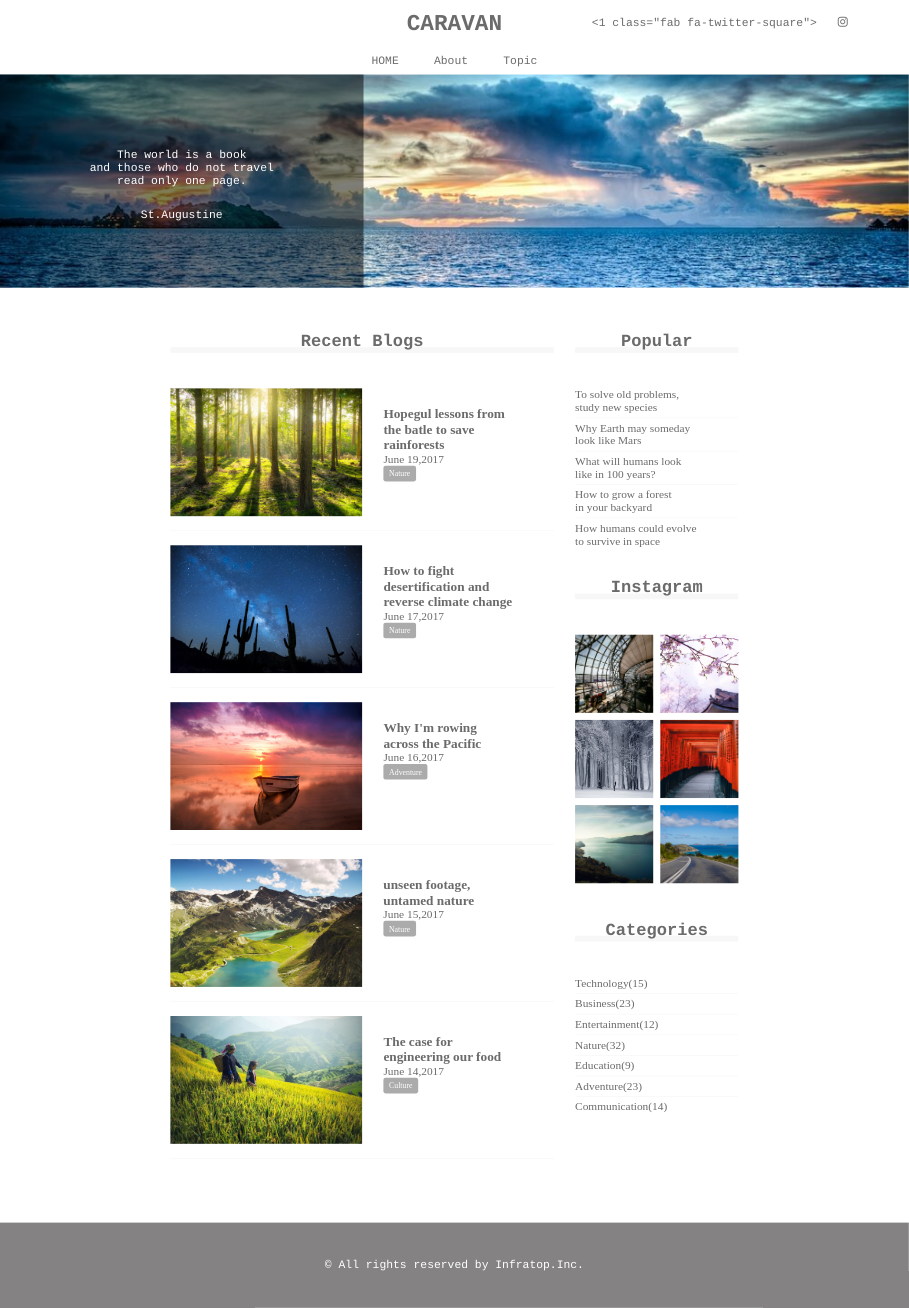
Repository: katayama-Web/html-practice
Page: caravan/index.html
The author's editor kept a record of every edit. The page is drawn from the files as they stood at one moment, then again after the next edit.
The browser window is 1280 px wide. The pictures show the whole page, at 71% of full size.
Some icons come from a web library that is not loaded, so they are not drawn. Some web libraries are served in a nearby version.

Above is the page before.

After the next edit:
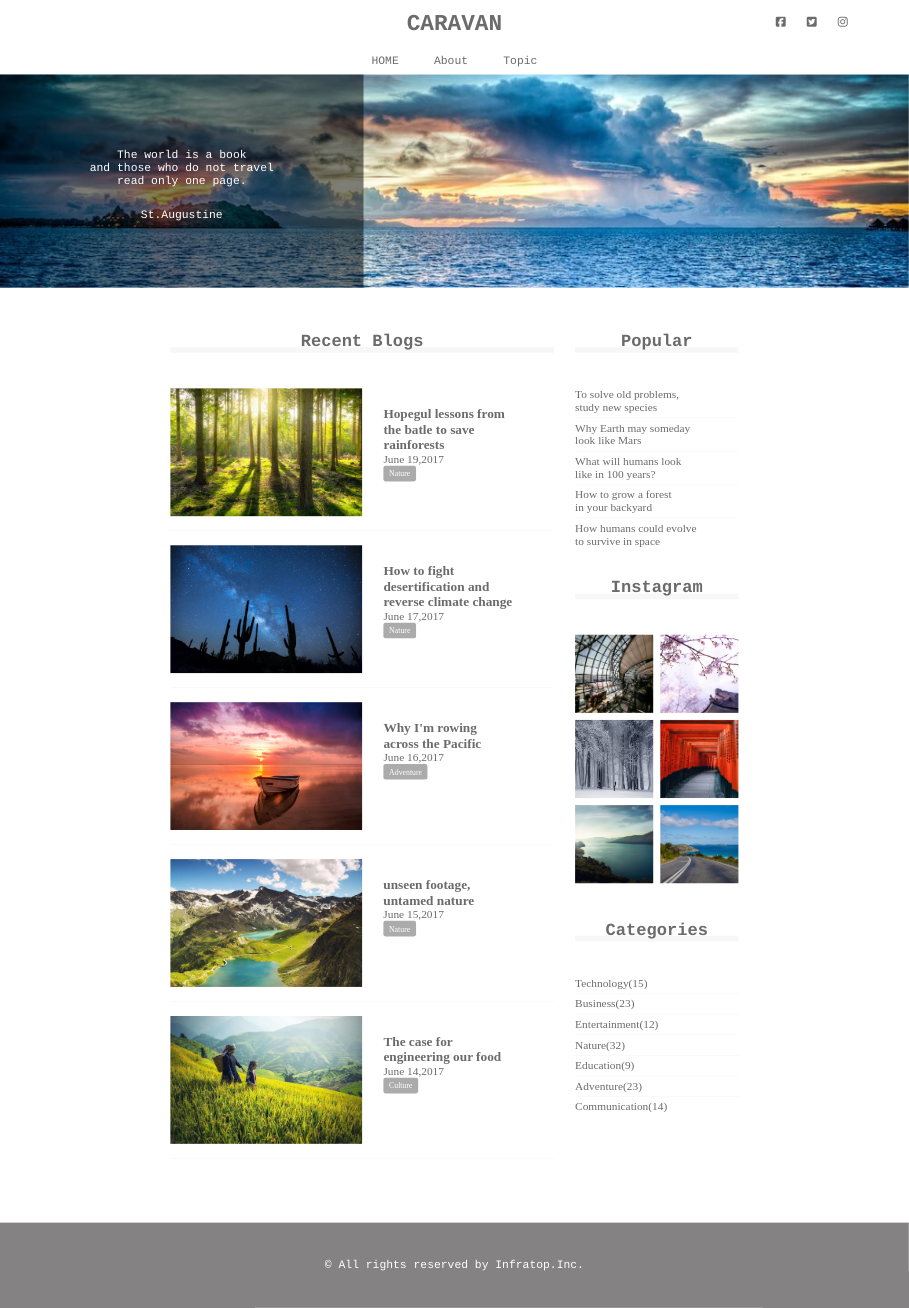
The edit:
--- a/caravan/index.html
+++ b/caravan/index.html
@@ -21,8 +21,8 @@
 
       <div class="social">
 
-        <i class="fab fa-facebook-sqare"></i>
-        <1 class="fab fa-twitter-square"></1>
+        <i class="fab fa-facebook-square"></i>
+        <i class="fab fa-twitter-square"></i>
         <i class="fab fa-instagram"></i>
       </div>
     </header>
